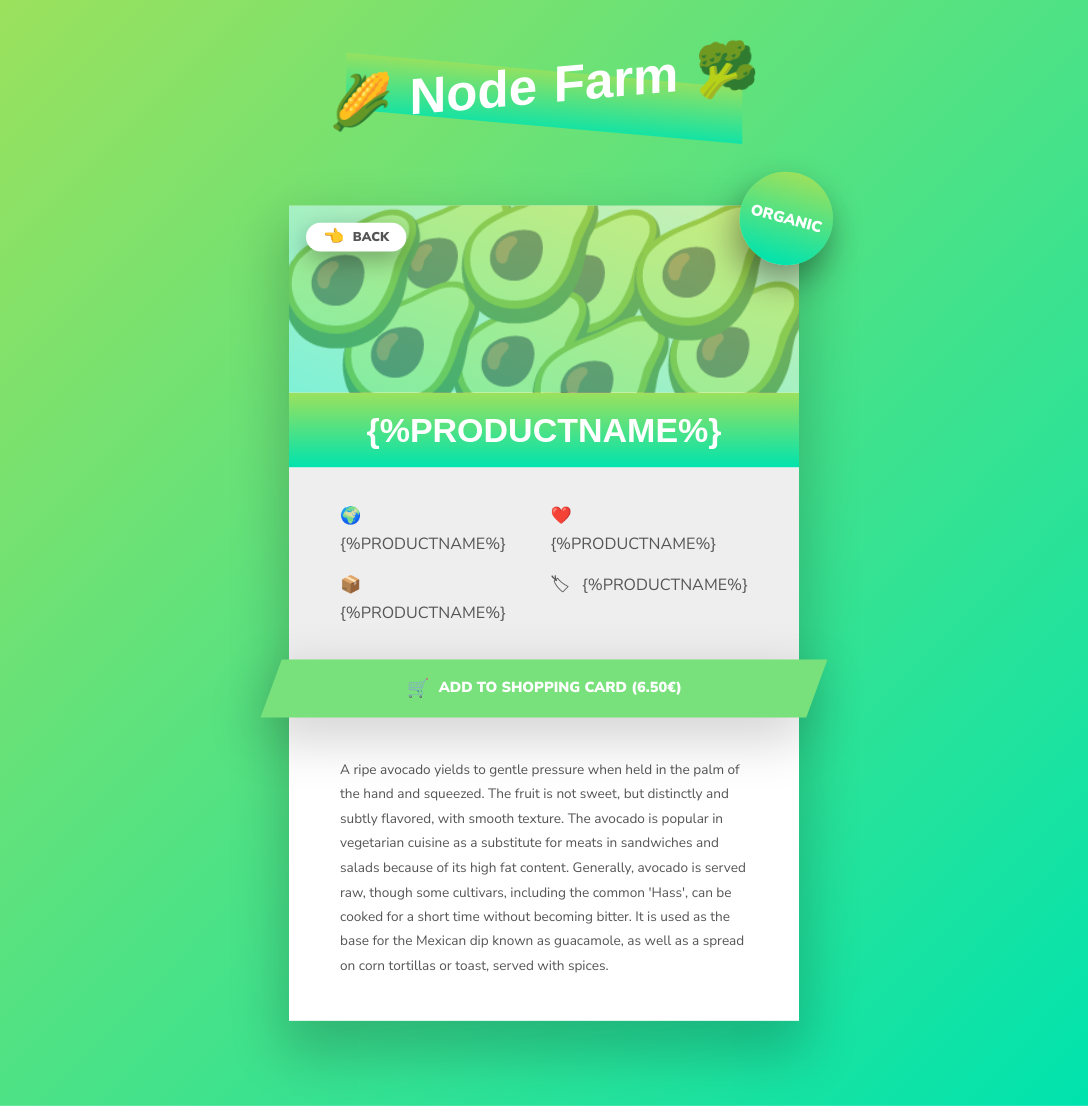
Repository: Kaii-Dev/NODEJS-by-JONAS
Page: 1-node-farm/starter/templates/product.html
These files come from the project's save history. The page is drawn as it stood at one moment and after a run of saves; the edit follows.
The browser window is 1280 px wide. The pictures show the whole page, at 85% of full size.
Some web fonts or font styles are not loaded; a fallback is used.

Above is the page before, as saved 2022-08-03 13:46:18.

### 1-node-farm/starter/templates/product.html
<!DOCTYPE html>
<html lang="en">
  <head>
    <meta charset="UTF-8" />
    <meta name="viewport" content="width=device-width, initial-scale=1.0" />
    <meta http-equiv="X-UA-Compatible" content="ie=edge" />
    <link
      href="https://fonts.googleapis.com/css?family=Megrim|Nunito+Sans:400,900"
      rel="stylesheet"
    />
    <link
      rel="icon"
      href="https://emojipedia-us.s3.dualstack.us-west-1.amazonaws.com/thumbs/240/apple/155/ear-of-maize_1f33d.png"
    />

    <title>Fresh Avocados 🥑 /// NODE FARM</title>

    <style>
      *,
      *::before,
      *::after {
        margin: 0;
        padding: 0;
        box-sizing: inherit;
      }

      html {
        font-size: 62.5%;
        box-sizing: border-box;
      }

      body {
        padding: 5rem 5rem 10rem;
        line-height: 1.7;
        font-family: 'Nunito Sans', sans-serif;
        color: #555;
        min-height: 100vh;
        background: linear-gradient(to bottom right, #9be15d, #00e3ae);
      }

      h1 {
        font-family: 'Megrim', sans-serif;
        font-size: 6rem;
        color: white;
        transform: skewY(-5deg);
        text-align: center;
        position: relative;
        word-spacing: 3px;
      }

      h1::before {
        content: '';
        display: block;
        height: 65%;
        width: 49%;
        position: absolute;
        top: 105%;
        left: 50%;
        background: linear-gradient(to bottom, #9be15d, #00e3ae);
        opacity: 0.8;
        z-index: -1;
        transform: skewY(370deg) translate(-50%, -50%);
      }

      .container {
        width: 95rem;
        margin: 0 auto;
      }

      .product {
        width: 60rem;
        margin: 0 auto;
        margin-top: 9rem;
        background: white;
        box-shadow: 0 3rem 6rem 1rem rgba(0, 0, 0, 0.2);
        position: relative;
      }

      .product__hero {
        position: relative;
        height: 22rem;
        overflow: hidden;
      }

      .product__hero::before {
        content: '';
        display: block;
        height: 100%;
        width: 100%;
        position: absolute;
        top: 0;
        left: 0;
        background-image: linear-gradient(to left bottom, #9be15d, #00e3ae);
        opacity: 0.5;
        z-index: 100;
      }

      .product__emoji {
        font-size: 15rem;
        position: absolute;
      }

      .product__emoji--1 {
        top: -4rem;
        left: -2rem;
        z-index: 10;
      }

      .product__emoji--2 {
        top: -6rem;
        left: 9rem;
      }

      .product__emoji--3 {
        top: -4rem;
        right: 15rem;
      }

      .product__emoji--4 {
        top: -5rem;
        right: 2rem;
        z-index: 10;
      }

      .product__emoji--5 {
        bottom: -9rem;
        left: 18rem;
      }

      .product__emoji--6 {
        bottom: -8rem;
        left: 5rem;
      }

      .product__emoji--7 {
        bottom: -12rem;
        right: 14rem;
      }

      .product__emoji--8 {
        bottom: -8rem;
        right: -2rem;
      }

      .product__emoji--9 {
        top: -7rem;
        left: 19rem;
      }

      .product__organic {
        position: absolute;
        top: -4rem;
        right: -4rem;
        z-index: 1000;
        height: 11rem;
        width: 11rem;
        background-image: linear-gradient(to bottom, #9be15d, #00e3ae);
        border-radius: 50%;
        transform: rotate(15deg);
        box-shadow: 0 2rem 4rem rgba(0, 0, 0, 0.4);
        display: flex;
        align-items: center;
        justify-content: center;
      }

      .product__organic h5 {
        font-weight: 900;
        text-transform: uppercase;
        font-size: 1.8rem;
        color: white;
      }

      .product__back:link,
      .product__back:visited {
        position: absolute;
        top: 2rem;
        left: 2rem;
        font-size: 1.5rem;
        font-weight: 700;
        text-transform: uppercase;
        text-decoration: none;
        z-index: 1000;
        color: #555;
        background-color: white;
        box-shadow: 0 1rem 3rem rgba(0, 0, 0, 0.3);
        border-radius: 100rem;
        padding: 0 2rem;
        transition: all 0.3s;
        display: flex;
        align-items: center;
      }

      .product__back:hover,
      .product__back:active {
        background-color: #79e17b;
      }

      .product__name {
        background: linear-gradient(to bottom, #9be15d, #00e3ae);
        padding: 1rem;
        font-family: 'Megrim', sans-serif;
        font-size: 4rem;
        color: white;
        text-align: center;
        word-spacing: 2px;
      }

      .product__details {
        background-color: #eee;
        padding: 4rem 6rem;
        font-size: 1.9rem;
        display: grid;
        grid-template-columns: 1fr 1fr;
        grid-gap: 1.5rem;
      }

      .product__description {
        padding: 5rem 6rem;
        font-size: 1.6rem;
        line-height: 1.8;
      }

      .product__link:link,
      .product__link:visited {
        display: block;
        background-color: #79e17b;
        color: white;
        font-size: 1.6rem;
        font-weight: 700;
        text-transform: uppercase;
        text-decoration: none;
        padding: 1.5rem;
        text-align: center;
        transform: scale(1.07) skewX(-20deg);
        box-shadow: 0 2rem 6rem rgba(0, 0, 0, 0.2);
        display: flex;
        align-items: center;
        justify-content: center;
        transition: all 0.3s;
      }

      .product__link:hover,
      .product__link:active {
        background-color: #9be15d;
        transform: scale(1.1) skewX(-20deg);
      }

      .product__link span {
        transform: skewX(20deg);
      }

      .emoji-left {
        font-size: 2rem;
        margin-right: 1rem;
      }

      .emoji-right {
        font-size: 2rem;
        margin-left: 1rem;
      }

      .not-organic {
        display: none;
      }
    </style>
  </head>

  <body>
    <div class="container">
      <h1>🌽 Node Farm 🥦</h1>

      <figure class="product">
        <div class="product__organic"><h5>Organic</h5></div>
        <a href="#" class="product__back">
          <span class="emoji-left">👈</span>Back
        </a>
        <div class="product__hero">
          <span class="product__emoji product__emoji--1">🥑</span>
          <span class="product__emoji product__emoji--2">🥑</span>
          <span class="product__emoji product__emoji--3">🥑</span>
          <span class="product__emoji product__emoji--4">🥑</span>
          <span class="product__emoji product__emoji--5">🥑</span>
          <span class="product__emoji product__emoji--6">🥑</span>
          <span class="product__emoji product__emoji--7">🥑</span>
          <span class="product__emoji product__emoji--8">🥑</span>
          <span class="product__emoji product__emoji--9">🥑</span>
        </div>
        <h2 class="product__name">{%PRODUCTNAME%}</h2>
        <div class="product__details">
          <p><span class="emoji-left">🌍</span> {%PRODUCTNAME%}</p>
          <p><span class="emoji-left">❤️</span> {%PRODUCTNAME%}</p>
          <p><span class="emoji-left">📦</span> {%PRODUCTNAME%}</p>
          <p><span class="emoji-left">🏷</span> {%PRODUCTNAME%}</p>
        </div>

        <a href="#" class="product__link">
          <span class="emoji-left">🛒</span>
          <span>Add to shopping card (6.50€)</span>
        </a>

        <p class="product__description">
          A ripe avocado yields to gentle pressure when held in the palm of the
          hand and squeezed. The fruit is not sweet, but distinctly and subtly
          flavored, with smooth texture. The avocado is popular in vegetarian
          cuisine as a substitute for meats in sandwiches and salads because of
          its high fat content. Generally, avocado is served raw, though some
          cultivars, including the common 'Hass', can be cooked for a short time
          without becoming bitter. It is used as the base for the Mexican dip
          known as guacamole, as well as a spread on corn tortillas or toast,
          served with spices.
        </p>
      </figure>

    </div>
  </body>
</html>

After the next 3 saves:
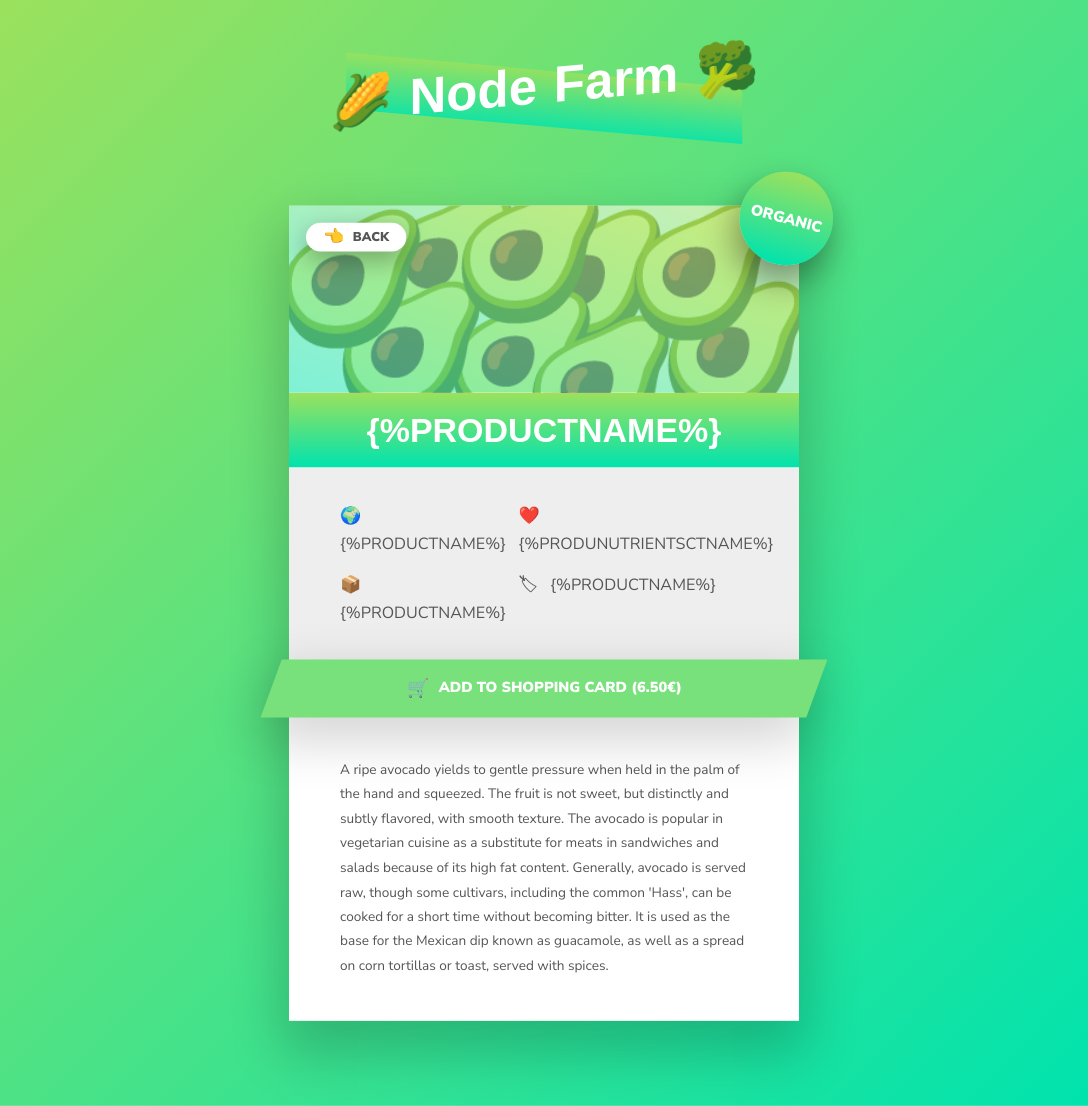
The 3 saves are shown as one change because they came seconds apart.
The last was saved 28 s later.
--- a/1-node-farm/starter/templates/product.html
+++ b/1-node-farm/starter/templates/product.html
@@ -288,7 +288,7 @@
         <h2 class="product__name">{%PRODUCTNAME%}</h2>
         <div class="product__details">
           <p><span class="emoji-left">🌍</span> {%PRODUCTNAME%}</p>
-          <p><span class="emoji-left">❤️</span> {%PRODUCTNAME%}</p>
+          <p><span class="emoji-left">❤️</span> {%PRODUNUTRIENTSCTNAME%}</p>
           <p><span class="emoji-left">📦</span> {%PRODUCTNAME%}</p>
           <p><span class="emoji-left">🏷</span> {%PRODUCTNAME%}</p>
         </div>
